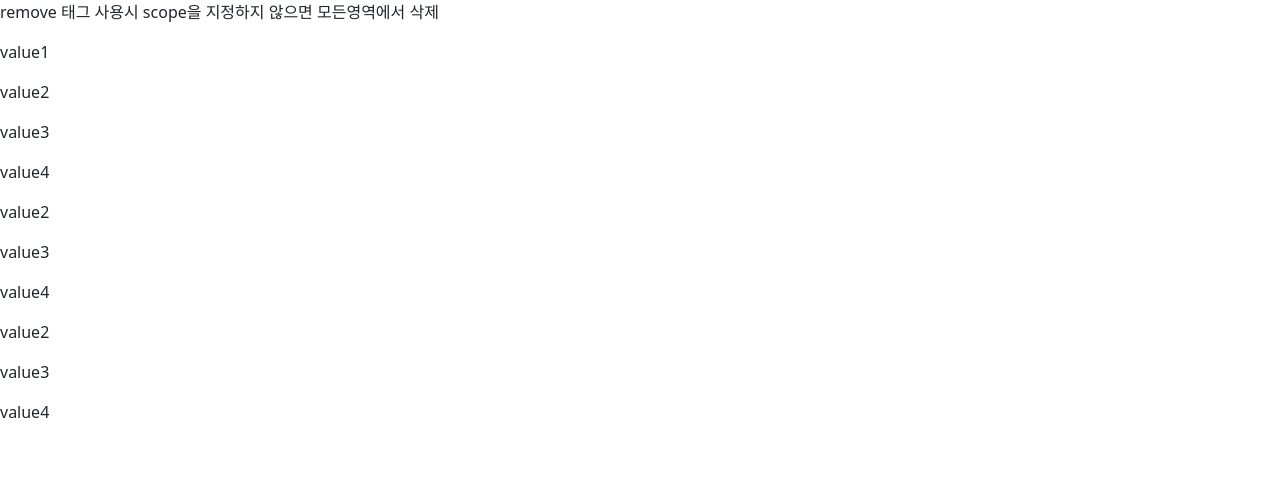
Repository: JJinBBangg/JSP
Page: http://localhost/jsp/ch12/lecture/05remove/02remove.jsp
These files come from the project's save history. The page is drawn as it stood at one moment and after the next save; the edit follows.
The browser window is 1280 px wide. The pictures show the whole page.
The page is served by Tomcat 9.

Above is the page before, as saved 2023-04-06 01:15:26.

After the next save:
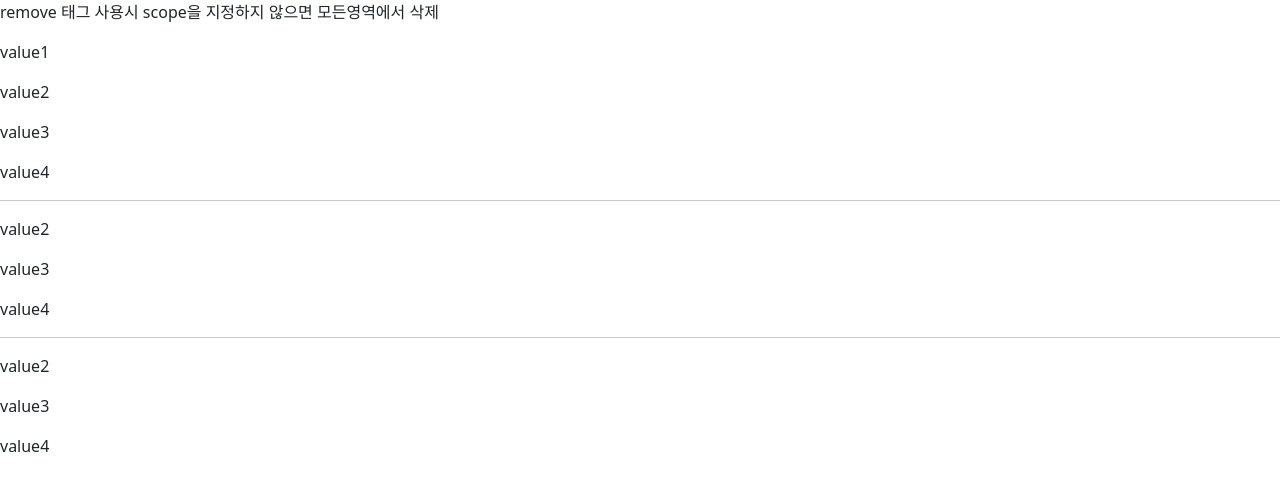
Saved 17 s later.
--- a/jsp/src/main/webapp/ch12/lecture/05remove/02remove.jsp
+++ b/jsp/src/main/webapp/ch12/lecture/05remove/02remove.jsp
@@ -23,13 +23,14 @@
 	<p>${sessionScope.attr1}</p>
 	<p>${applicationScope.attr1}</p>
 
+	<hr />
 	<c:remove var="attr1" scope="page"/>
 
 	<p>${pageScope.attr1}</p>
 	<p>${requestScope.attr1}</p>
 	<p>${sessionScope.attr1}</p>
 	<p>${applicationScope.attr1}</p>
-
+	<hr />
 	<c:remove var="attr1" scope="page"/>
 
 	<p>${pageScope.attr1}</p>
